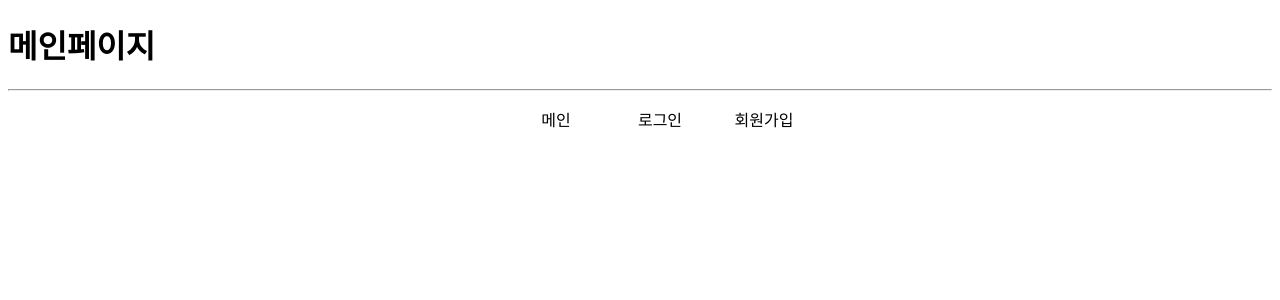
Repository: codingspecialist/jsp-weekend
Page: http://localhost/cos/main.jsp
These files come from the project's save history. The page is drawn as it stood at one moment and after the next save; the edit follows.
The browser window is 1280 px wide. The pictures show the whole page.
The page is served by Tomcat 9. Other server files are loaded and not shown.

Above is the page before, as saved 2020-08-22 02:38:48.

### cos/WebContent/main.jsp
<%@ page language="java" contentType="text/html; charset=UTF-8"
    pageEncoding="UTF-8"%>
<!DOCTYPE html>
<html>
<head>
<meta charset="UTF-8">
<title>메인페이지</title>
<style>
	ul {
		text-align: center;
	}

	li {
		display: inline-block;
		width: 100px;
	}
</style>
</head>
<body>
<h1>메인페이지</h1>
<hr/>
<ul>
	<li><a>메인</a></li>
	<li><a>로그인</a></li>
	<li><a>회원가입</a></li>
</ul>
</body>
</html>

After the next save:
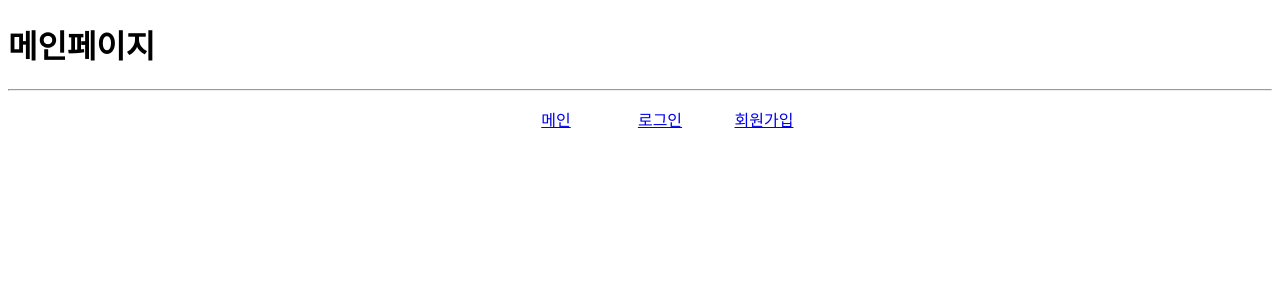
Saved 2 min 1 s later.
--- a/cos/WebContent/main.jsp
+++ b/cos/WebContent/main.jsp
@@ -20,9 +20,9 @@
 <h1>메인페이지</h1>
 <hr/>
 <ul>
-	<li><a>메인</a></li>
-	<li><a>로그인</a></li>
-	<li><a>회원가입</a></li>
+	<li><a href="main.jsp">메인</a></li>
+	<li><a href="login.jsp">로그인</a></li>
+	<li><a href="join.jsp">회원가입</a></li>
 </ul>
 </body>
 </html>
